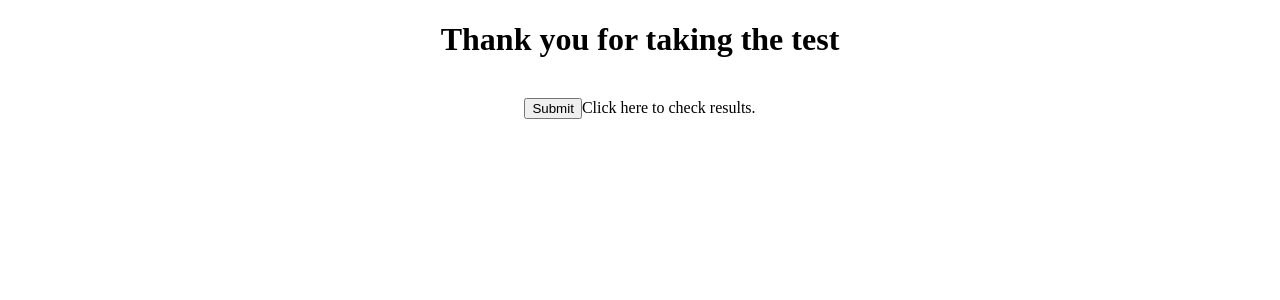
Repository: MriOj/OnlineExamPortal
Page: http://localhost/ExamPortal/thanks.jsp
The author's editor kept a copy of each file at every save. The page is drawn from the files as they stood at one save, then again after the next save.
The browser window is 1280 px wide. The pictures show the whole page.
The page is served by Tomcat 9. Other server files are loaded and not shown.

Above is the page before, as saved 2021-09-05 04:43:37.

### ExamPortal/src/main/webapp/thanks.jsp
<%@ page language="java" contentType="text/html; charset=ISO-8859-1"
    pageEncoding="ISO-8859-1"%>
<!DOCTYPE html>
<html>
<head>
<meta charset="ISO-8859-1">
<title>Thank You </title>
<style type="text/css">
.center {
text-align: center;
}
</style>
</head>
<body>
<body>
<div class="center">
<h1 >Thank you for taking the test</h1><br>
<form action="studentlogin" method="post" >
<input type="submit" >Click here </a> to check results.

</div>
</body>

</html>

After the next save:
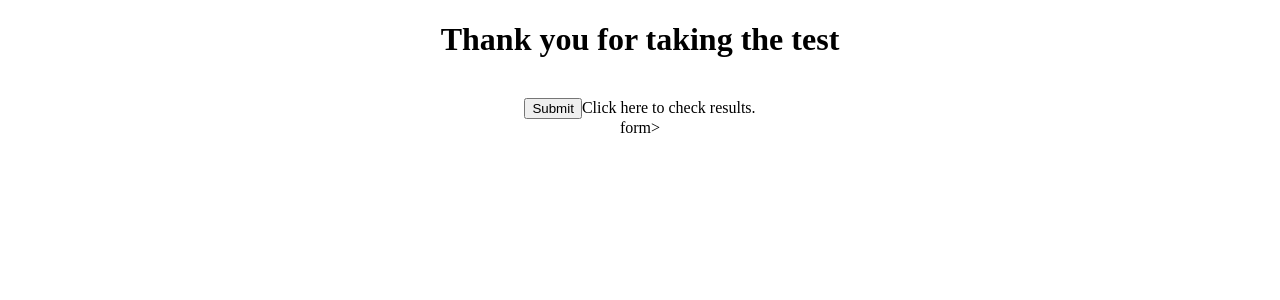
Saved 6 s later.
--- a/ExamPortal/src/main/webapp/thanks.jsp
+++ b/ExamPortal/src/main/webapp/thanks.jsp
@@ -17,6 +17,7 @@
 <h1 >Thank you for taking the test</h1><br>
 <form action="studentlogin" method="post" >
 <input type="submit" >Click here </a> to check results.
+</form>form>
 
 </div>
 </body>

After the 2 saves that followed:
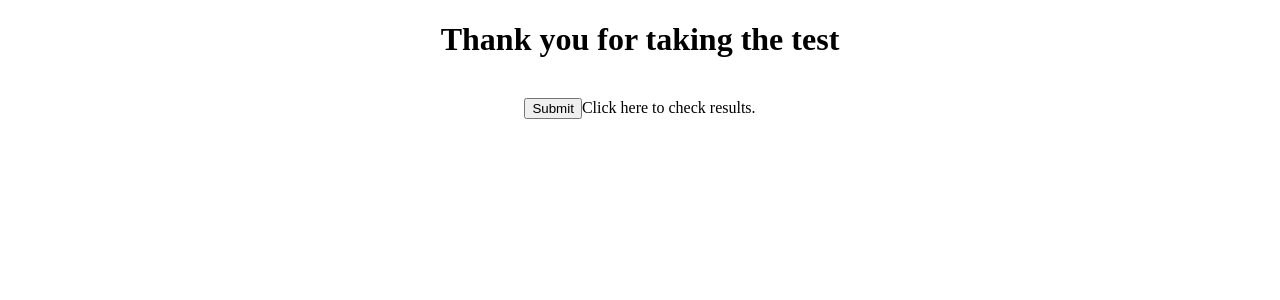
The 2 saves are shown as one change because 1 left the picture as it was.
The last was saved 11 s later.
--- a/ExamPortal/src/main/webapp/thanks.jsp
+++ b/ExamPortal/src/main/webapp/thanks.jsp
@@ -16,8 +16,8 @@
 <div class="center">
 <h1 >Thank you for taking the test</h1><br>
 <form action="studentlogin" method="post" >
-<input type="submit" >Click here </a> to check results.
-</form>form>
+<input type="submit" >Click here to check results.
+</form>
 
 </div>
 </body>
